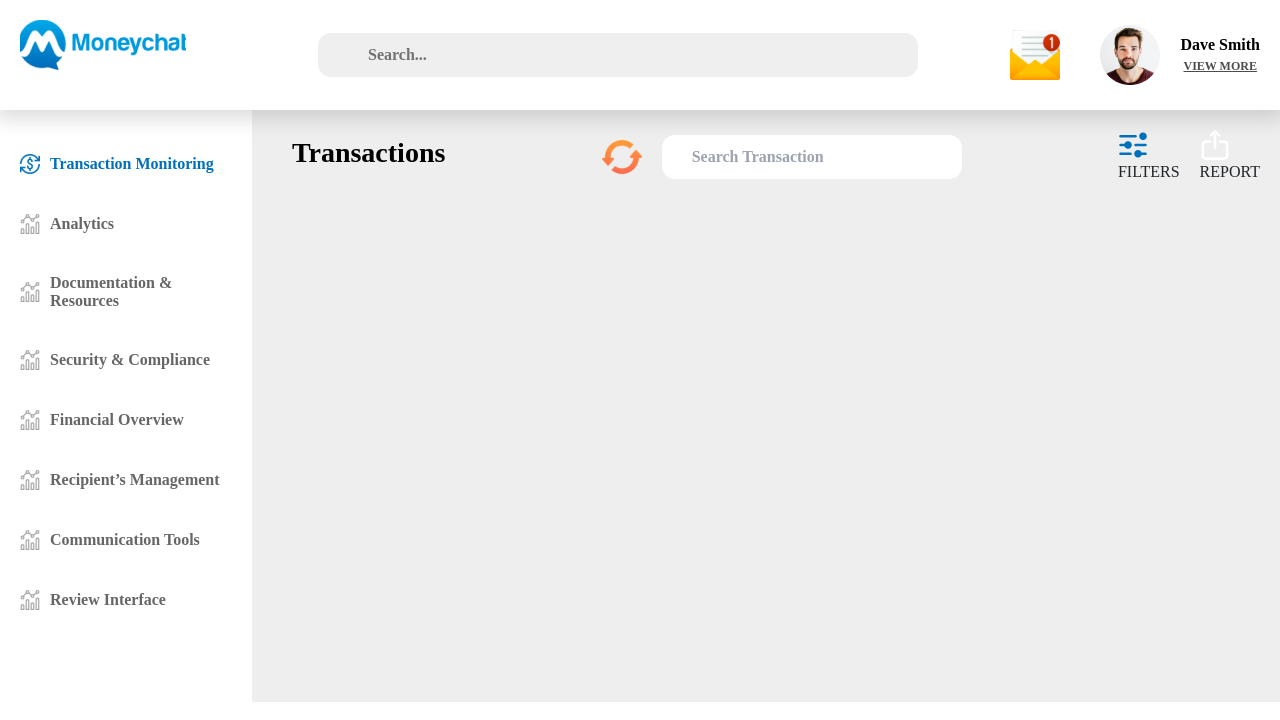
Repository: FlyweisReact/Money-Chat
Page: /transaction
The author's editor kept a copy of each file at every save. The page is drawn from the files as they stood at one save, then again after the next save.
The browser window is 1280 px wide. The pictures show the whole page.
The project was rebuilt for these pictures with package versions that can differ from the ones it lists, and the page was loaded fresh each time. Also part of the build but not shown: src/forms/ForgetPassword.js, src/forms/Login.jsx, src/forms/NeedHelp.js, src/forms/Regestration.js, src/forms/Verify.js.

Above is the page before, as saved 2023-11-30 15:35:18.

After the next save:
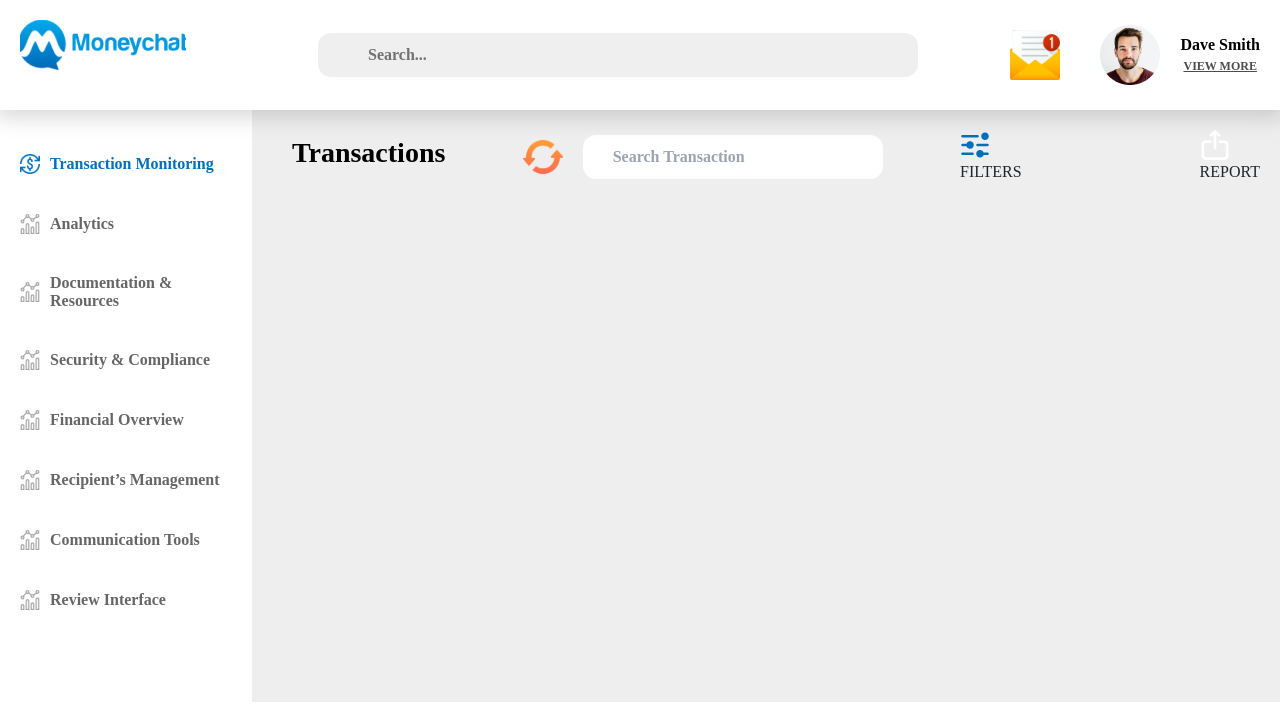
Saved 5 s later.
--- a/src/CSS/style.css
+++ b/src/CSS/style.css
@@ -498,4 +498,5 @@
   display: flex;
   gap: 20px;
   justify-content: space-between;
-}
+  width: 300px;
+}
